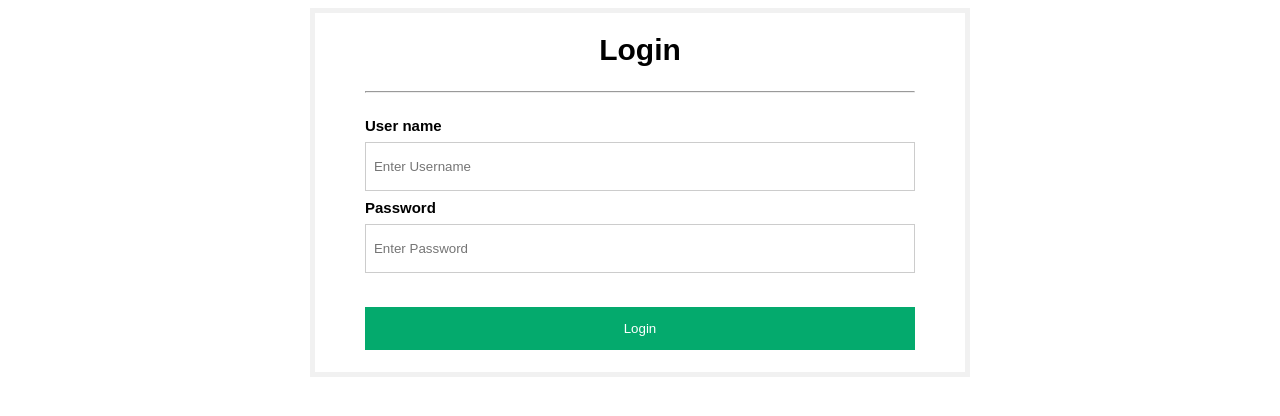
Repository: hope745/SportyShoes
Page: SportyShoes/src/main/resources/static/adminlogin.html
The author's editor kept a copy of each file at every save. The page is drawn from the files as they stood at one save, then again after the next save.
The browser window is 1280 px wide. The pictures show the whole page.

Above is the page before, as saved 2021-11-17 10:23:48.

After the next save:
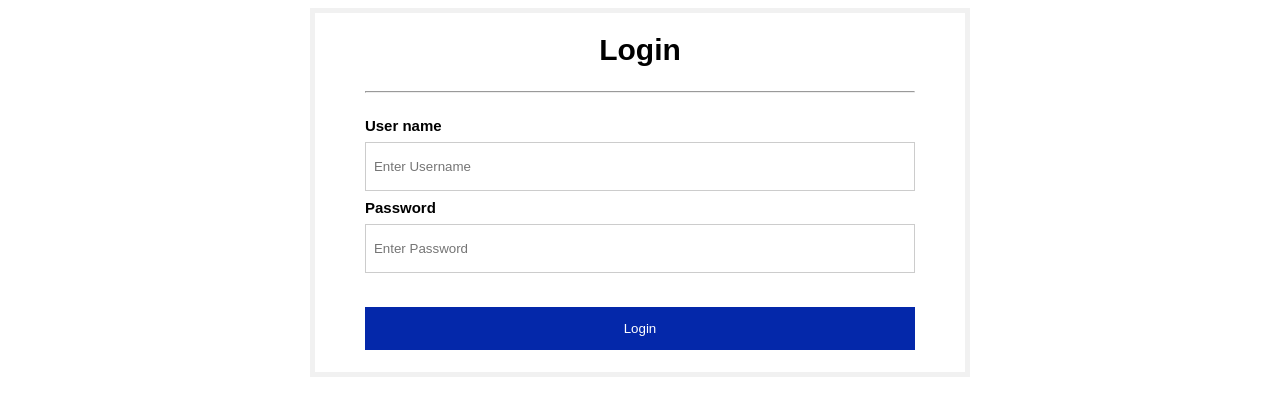
Saved 60 s later.
--- a/SportyShoes/src/main/resources/static/adminlogin.html
+++ b/SportyShoes/src/main/resources/static/adminlogin.html
@@ -28,7 +28,7 @@
 }
 
 button {
-	background-color: #04AA6D;
+	background-color: #0428aa;
 	color: white;
 	padding: 14px 0;
 	margin: 10px 0;
